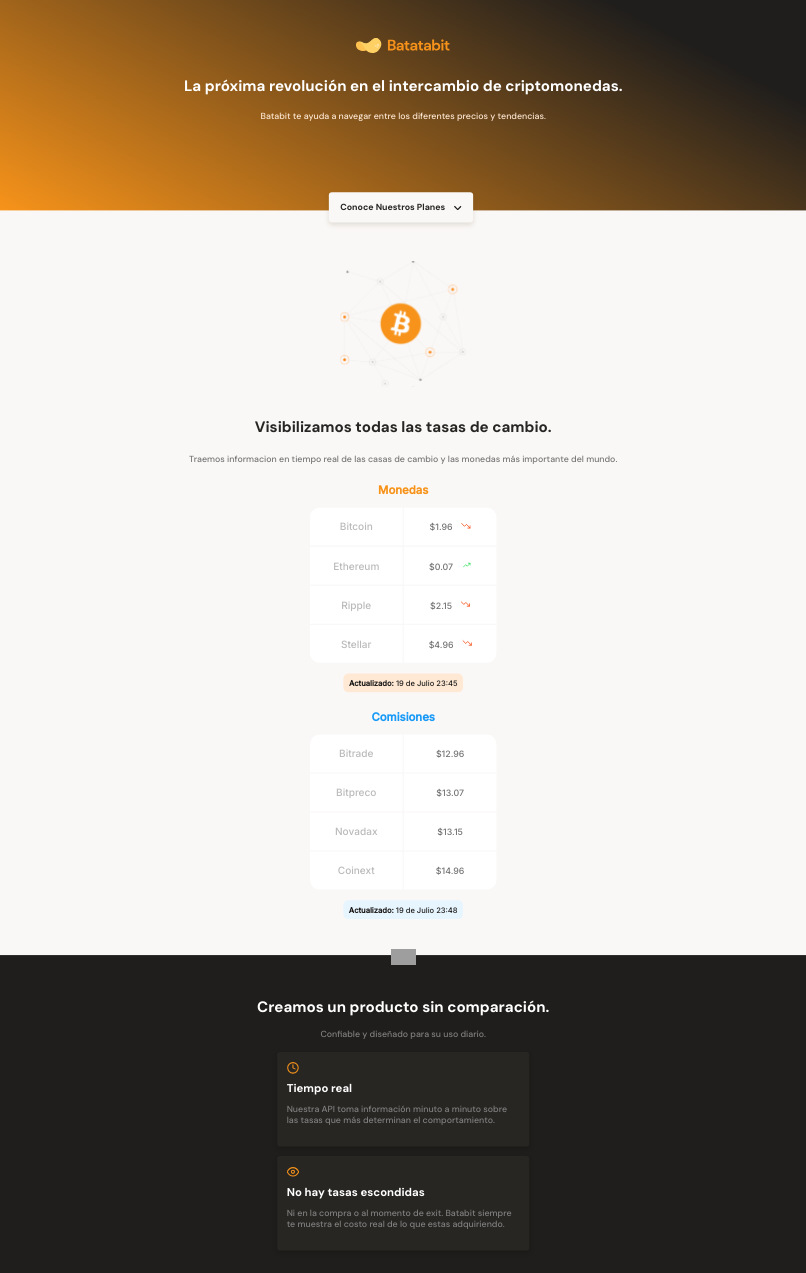
Repository: EnzoSz/Mobile-First
Page: index.html
These files come from the project's save history. The page is drawn as it stood at one moment and after the next save; the edit follows.
The browser window is 1280 px wide. The pictures show the whole page, at 63% of full size.
Pictures or frames that could not be fetched are drawn as grey boxes.

Above is the page before, as saved 2021-01-29 18:31:14.

### index.html
<!DOCTYPE html>
<html lang="en">
<head>
    <meta charset="UTF-8">
    <meta name="viewport" content="width=device-width, initial-scale=1.0">
    <title>Document</title>
    <link rel="preconnect" href="https://fonts.gstatic.com">
    <link href="https://fonts.googleapis.com/css2?family=DM+Sans:wght@400;500;700&family=Inter:wght@300;500&display=swap" rel="stylesheet">
    <link rel="stylesheet" href="./estilos.css">
</head>
<body>
    <header>
        <img src="./assets/img/logo.svg" alt="">
        <div class="header--title-container">
            <h1>La próxima revolución en el intercambio de criptomonedas.</h1>
            <p>Batabit te ayuda a navegar entre los diferentes precios y tendencias.</p>
            <a href="" class="header--button">Conoce Nuestros Planes <span></span></a>
        </div>
    </header>
    <main>
        <section class="main-exchange-container">
            <div class="backgroundImg"></div>
            <div class="main.exchange-container--title">
                <h2>Visibilizamos todas las tasas de cambio.</h2>
                <p>
                    Traemos informacion en  tiempo real de las casas de cambio y las monedas más importante del mundo.

                </p>
            </div>
            <section class="main-tables-container">
                <div class="main-currency-table">
                    <p class="currency-table--title">Monedas</p>
                    <div class="currency-table--container">
                        <table>
                            <tr>
                                <td class="table__top-left">Bitcoin</td>
                                <td class="table__top-right table__right">$1.96 <span class="down"></span></td>
                            </tr>
                            <tr>
                                <td>Ethereum</td>
                                <td class="table__right">$0.07 <span class="up"></span></td>
                            </tr>
                            <tr>
                                <td>Ripple</td>
                                <td class="table__right">$2.15 <span class="down"></span></td>
                            </tr>
                            <tr>
                                <td class="table__bottom-left">Stellar</td>
                                <td class="table__bottom-right table__right">$4.96 <span class="down"></span></td>
                            </tr>
                        </table>
                    </div>
                    <div class="currency-table-date">
                        <p>
                            <b>Actualizado:</b> 19 de Julio 23:45
                        </p>
                    </div>
                </div>
                <div class="main-commissions-table">
                    <p class="commissions-table--title">Comisiones</p>
                    <div class="commissions-table--container">
                        <table>
                            <tr>
                                <td class="table__top-left">Bitrade</td>
                                <td class="table__top-right table__right">$12.96</td>
                            </tr>
                            <tr>
                                <td>Bitpreco</td>
                                <td class="table__right">$13.07</td>
                            </tr>
                            <tr>
                                <td>Novadax</td>
                                <td class="table__right">$13.15</td>
                            </tr>
                            <tr>
                                <td class="table__bottom-left">Coinext</td>
                                <td class="table__bottom-right table__right">$14.96</td>
                            </tr>
                        </table>
                    </div>
                    <div class="commissions-table-date">
                        <p>
                            <b>Actualizado:</b> 19 de Julio 23:48
                        </p>
                    </div>
                </div>
            </section>
        </section>
        <section class="main-product-detail">
            <span class="product-detail--batata-logo"></span>
            <div class="product-detail--title">
                <h2>
                    Creamos un producto sin comparación.
                </h2>
                <p>
                    Confiable y diseñado para su uso diario.
                </p>
            </div>
            <section class="product-cards--container">
                <article class="product-detail--card">
                    <span class="icon-card clock"></span>
                    <p class="product--card-title">Tiempo real</p>
                    <p class="product--card-body">
                        Nuestra API toma información minuto a minuto sobre las tasas que más determinan el comportamiento.
                    </p>
                </article>
                <article class="product-detail--card">
                    <span class="icon-card eye "></span>
                    <p class="product--card-title">No hay tasas escondidas</p>
                    <p class="product--card-body">
                        Ni en la compra o al momento de exit. Batabit siempre te muestra el costo real de lo que estas adquiriendo.
                    </p>
                </article>
                <article></article>
                <article></article>
            </section>

        </section>
        <section></section>
        <section></section>
    </main>
    <footer></footer>
</body>
</html>

### estilos.css
/*
1. Posicionamiento
2. Modelo de caja (Box model)
3. Tipografía
4. Visuales
5. Otros
*/
:root {
    /*Colores */
    --bitcoin-orange: #F7931A;
    --soft-orange: #FFE9D5;
    --secondary-blue: #1A9AF7;
    --soft-blue: #E7F5FF;
    --warm-black: #201E1C;
    --warm-black1: #282623;
    --grey: #BABABA;
    --off-white: #FAF8F7;
    --just-white: #FFFFFF;
}
* {
    box-sizing: border-box;
    margin: 0;
    padding: 0;
}
html {
    font-size: 62.5%;
    font-family: 'DM Sans', sans-serif;
}
header {
    position: relative;
    display: flex;
    flex-direction: column;
    justify-content: center;
    width: 100%;
    min-width: 32rem;
    height: 33.4rem;
    text-align: center;
    background: linear-gradient(207.8deg, #201E1C 16.69%, #F7931A 100%);;
}
header img {
    width: 15rem;
    height: 2.4rem;
    margin-top: 6.0rem;
    align-self:center;
}
.header--title-container {
    width: 90%;
    min-width: 28.8rem;
    max-width: 90rem;
    height: 21.8rem;
    margin-top: 4rem;
    text-align: center;
    align-self:center;

}
.header--title-container h1 {
    font-size: 2.4rem;
    font-weight: bold;
    line-height: 2.6rem;
    color: var(--just-white);
}
.header--title-container p {
    margin-top: 25px;
    font-size: 1.4rem;
    font-weight: 500;
    line-height: 1.8rem;
    color: var(--soft-orange);
}
.header--title-container .header--button {
    position: absolute;
    left: calc(50% - 118px);
    top: 270px;
    display: block;
    margin-top: 35px;
    padding: 15px;
    width: 229px;
    height: 48px;
    background-color: var(--off-white);
    /*Sombra*/
    box-shadow: 0px 4px 8px rgba(89, 73, 30, 0.16);
    border: none;
    border-radius: 5px;
    font-size: 1.4rem;
    font-weight: bold;
    text-decoration: none;
    color: var(--warm-black1);
}
.header--button span {
    display: inline-block;
    width: 13px;
    height: 8px;
    margin-left: 10px;
    background-image: url('./assets/icons/arrow-down.svg');
}
main {
    width: 100%;
    height: auto;
    background-color: var(--off-white);
}
.main-exchange-container {
    width: 100%;
    height: auto;
    padding-top: 80px;
    padding-bottom: 30px;
    text-align: center;
}
.main-exchange-container--title {
    width: 90%;
    min-width: 288px;
    max-width: 900px;
    margin: 0 auto;
}
.main-exchange-container .backgroundImg {
    width: 200px;
    height: 200px;
    margin: 0 auto;
    margin-bottom: 50px;
    background-image:url('./assets/img/bitcoin.svg');
    background-size: cover;
    background-position: center;
    background-repeat: no-repeat;
}
.main-exchange-container h2 {
    margin-bottom: 30px;
    font-size: 2.4rem;
    font-weight: bold;
    line-height: 2.6rem;
    color: var(--warm-black1);
}
.main-exchange-container p {
    margin-bottom: 30px;
    font-size: 1.4rem;
    font-weight: 500;
    line-height: 1.6rem;
    color: #757575;
}
.main-currency-table, .main-commissions-table {
    width: 70%;
    min-width: 235px;
    max-width: 500px;
    height: 360px;
    margin: 0 auto;
    font-family: "Inter", sans-serif;
}
.main-currency-table .currency-table--title {
    margin-bottom: 15px;
    font-size: 1.8rem;
    font-weight: bold;
    line-height: 2.3rem;
    color: var(--bitcoin-orange);
}
.currency-table--container, .commissions-table--container {
    width: 90%;
    min-width: 230px;
    max-width: 300px;
    height: 250px;
    margin: 0 auto;
}
.currency-table--container table, .commissions-table--container table {
    width: 100%;
    height: 100%;
}
.currency-table--container td, .commissions-table--container td {
    width: 50%;
    font-size: 1.6rem;
    font-weight: 500;
    line-height: 1.9rem;
    color: var(--grey);
    background-color: var(--just-white);
}
.currency-table--container .table__top-left, .commissions-table--container .table__top-left {
    border-radius: 15px 0 0 0;
}
.currency-table--container .table__top-right, .commissions-table--container .table__top-right {
    border-radius: 0 15px 0 0;
}
.currency-table--container .table__bottom-left, .commissions-table--container .table__bottom-left {
    border-radius: 0 0 0 15px;
}
.currency-table--container .table__bottom-right, .commissions-table--container .table__bottom-right {
    border-radius: 0 0 15px 0;
}
.currency-table--container .table__right, .commissions-table--container .table__right {
    font-size: 1.4rem;
    font-weight: normal;
    line-height: 1.7rem;
    color: #757575;
}
.currency-table--container .down {
    display: inline-block;
    width: 15px;
    height: 15px;
    margin-left: 10px;
    background-image: url('./assets/icons/trending-down.svg');
    background-size: cover;
    background-position: center;
    background-repeat: no-repeat;
}
.currency-table--container .up {
    display: inline-block;
    width: 15px;
    height: 15px;
    margin-left: 10px;
    background-image:url('./assets/icons/trending-up.svg');
    background-position: center;
    background-repeat:no-repeat;
}
.currency-table-date {
    width: 190px;
    height: 30px;
    margin: 0 auto;
    margin-top: 15px;
    padding: 8px;
    background-color: var(--soft-orange);
    border-radius: 8px;
}
.currency-table-date p {
    font-size: 1.2rem;
    line-height: 1.5rem;
    color: var(--warm-black);
}
.main-commissions-table .commissions-table--title {
    margin-bottom: 15px;
    font-size: 1.8rem;
    font-weight: bold;
    line-height: 2.3rem;
    color: var(--secondary-blue);
}
.commissions-table-date {
    width: 190px;
    height: 30px;
    margin: 0 auto;
    margin-top: 15px;
    padding: 8px;
    background-color: var(--soft-blue);
    border-radius: 8px;
}
.commissions-table-date p {
    font-size: 1.2rem;
    line-height: 1.5rem;
    color: var(--warm-black);
}
.main-product-detail {
    position: relative;
    width: 100%;
    min-width: 320px;
    height: auto;
    padding: 20px 10px;
    background-color: var(--warm-black);
}
.product-detail--batata-logo {
    position: absolute;
    width: 40px;
    height: 25px;
    top: -10px;
    left: calc(50% - 20px);
    background-image: url('./assets/icons/batata.svg');
}
.product-detail--title {
    width: 90%;
    min-width: 288px;
    height: auto;
    margin: 0 auto;
    margin-top: 50px;
    text-align: center;
}
.product-detail--title h2 {
    margin-bottom: 20px;
    font-size: 2.4rem;
    font-weight: bold;
    line-height: 2.6rem;
    color: var(--just-white);
}
.product-detail--title p {
    margin-bottom: 20px;
    font-size: 1.4rem;
    font-weight: 500;
    line-height: 1.8rem;
    color: #808080;
}
.product-detail--card {
    width: 90%;
    min-width: 288px;
    max-width: 400px;
    height: 150px;
    margin: 15px auto;
    padding: 15px;
    background-color:var(--warm-black1);
    border-radius: 5px;
    box-shadow: 0 4px 8px rgba(0, 0, 0, 0.16);
}
.product-detail--card .icon-card {
    display: inline-block;
    width: 20px;
    height: 20px;
    margin-bottom: 10px;
    background-size: cover;
    background-position: center;
    background-repeat: no-repeat;
}
.clock {
    background-image: url('./assets/icons/clock.svg');
}
.product--card-title {
    margin-bottom: 15px;
    font-size: 1.8rem;
    font-weight: bold;
    line-height: 1.8rem;
    color: var(--just-white);
}
.product--card-body {
    font-size: 1.4rem;
    font-weight: 500;
    line-height: 1.8rem;
    color: #808080;
}
.eye {
    background-image: url('./assets/icons/eye.svg');
}

After the next save:
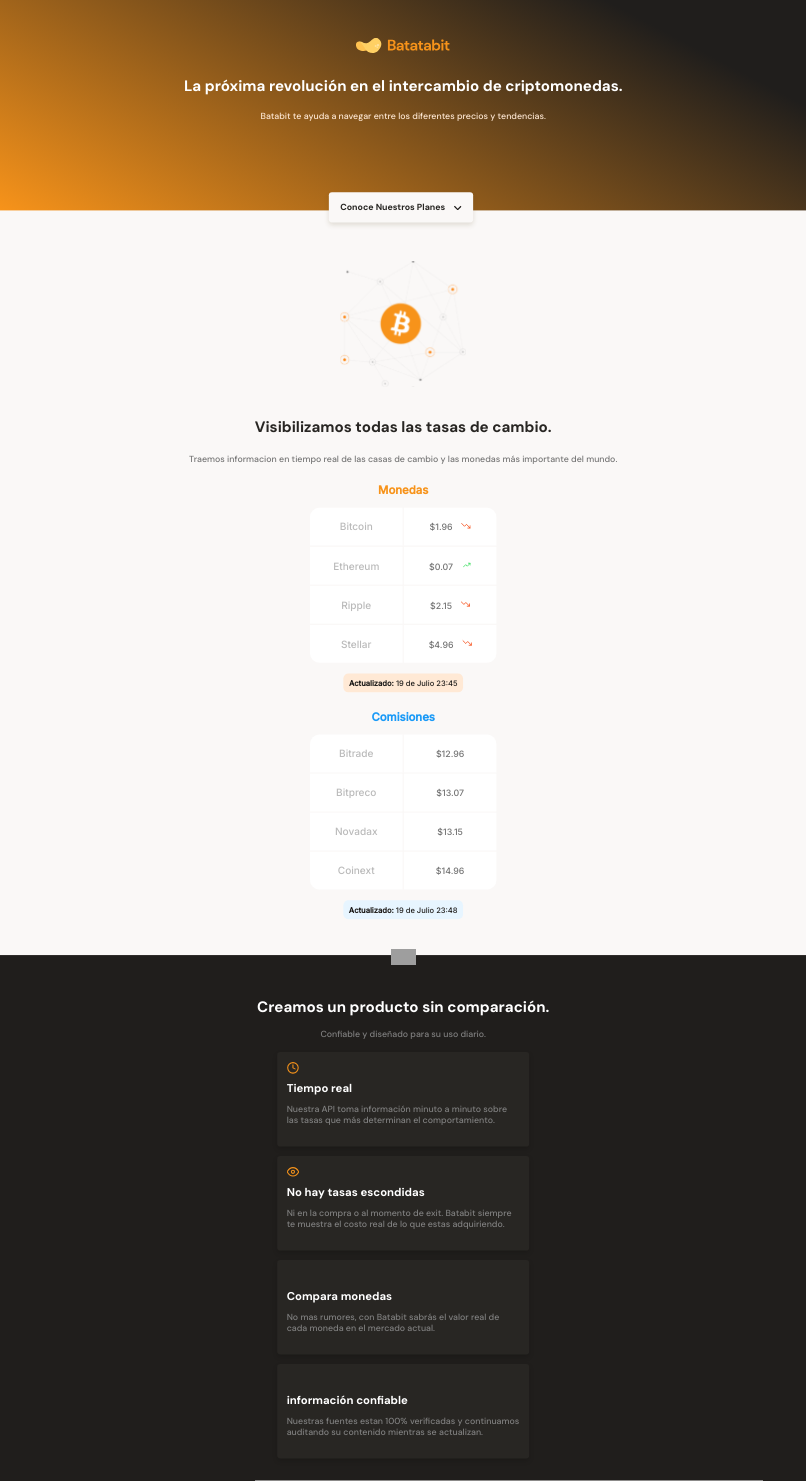
Saved 5 min 32 s later.
--- a/index.html
+++ b/index.html
@@ -111,8 +111,20 @@
                         Ni en la compra o al momento de exit. Batabit siempre te muestra el costo real de lo que estas adquiriendo.
                     </p>
                 </article>
-                <article></article>
-                <article></article>
+                <article class="product-detail--card">
+                    <span class="icon-card dollar "></span>
+                    <p class="product--card-title">Compara monedas</p>
+                    <p class="product--card-body">
+                        No mas rumores, con Batabit sabrás el valor real de cada moneda en el mercado actual.
+                    </p>
+                </article>
+                <article class="product-detail--card">
+                    <span class="icon-card check "></span>
+                    <p class="product--card-title">información confiable</p>
+                    <p class="product--card-body">
+                        Nuestras fuentes estan 100% verificadas y continuamos auditando su contenido mientras se actualizan.
+                    </p>
+                </article>
             </section>
 
         </section>
